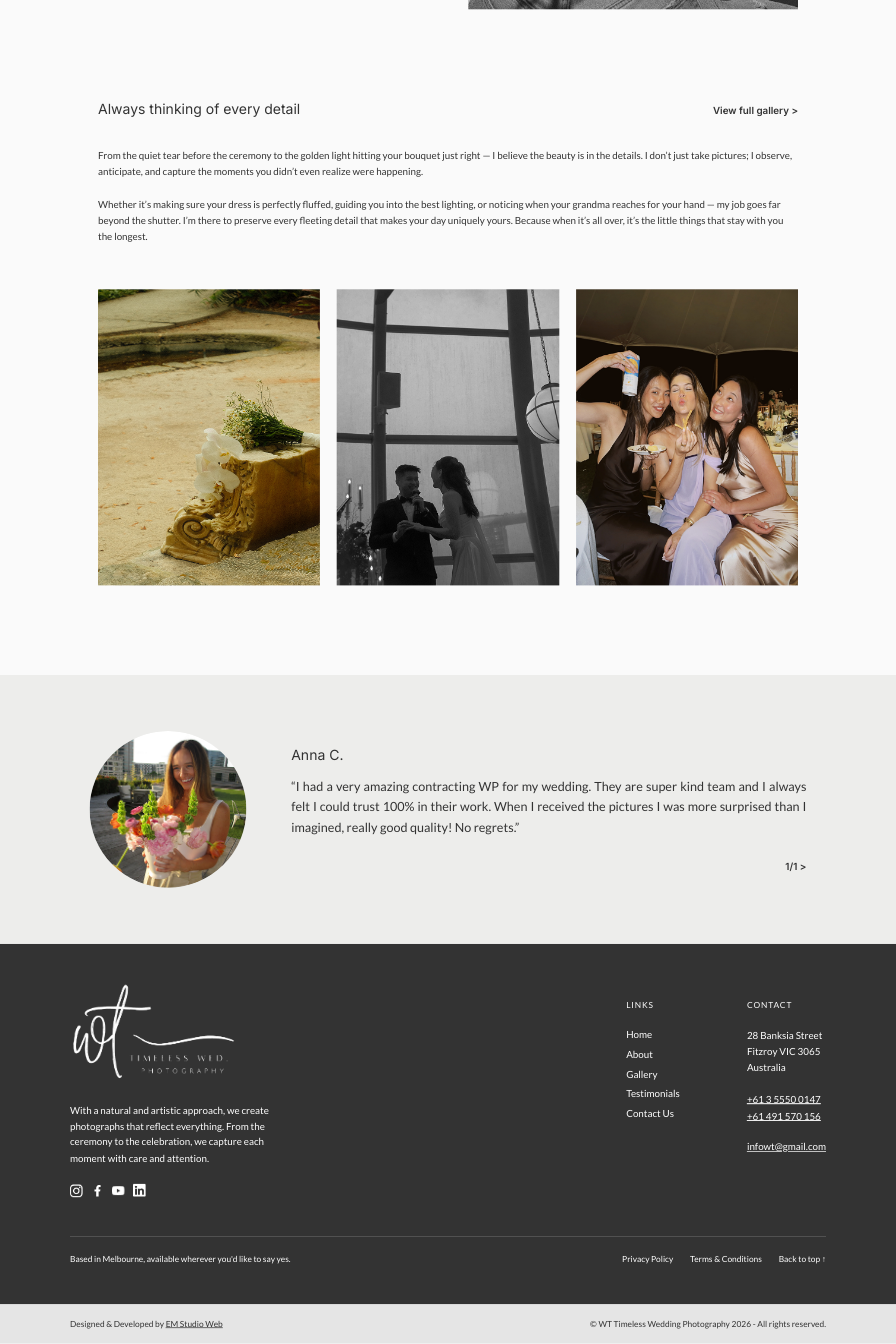
Repository: eduarda-magnago/wt-photography
Page: /
These files come from the project's save history. The page is drawn as it stood at one moment and after the next save; the edit follows.
The browser window is 1280 px wide. The pictures show the part of the page from y = 1945 to 3865 px (the page is 3865 px tall before and 3842 px after), at 70% of full size.
Some web fonts or font styles are not loaded; a fallback is used. The project was rebuilt for these pictures with package versions that can differ from the ones it lists, and the page was loaded fresh each time. The framework's server and built-in components were replaced by stand-ins that run in the browser. Also part of the build but not shown: next.config.ts.

Above is the page before, as saved 2026-10-15 13:06:32.

### app/layout.tsx
import type { Metadata } from "next";
import { Inter, Lato, Cormorant_SC } from "next/font/google";
import Header from "@/components/layout/header";
import Footer from "@/components/layout/footer";
import "./globals.css";

const inter = Inter({
  subsets: ["latin"],
  variable: "--font-inter",
});

const lato = Lato({
  subsets: ["latin"],
  weight: ["300", "400", "700"],
  variable: "--font-lato",
});

const cormorant = Cormorant_SC({
  subsets: ["latin"],
  weight: ["300", "400", "500"],
  variable: "--font-cormorant",
});

export const metadata: Metadata = {
  title: "WT Timeless Photography",
  description: "Timeless wedding photography",
};

export default function RootLayout({
  children,
}: {
  children: React.ReactNode;
}) {
  return (
    <html
      lang="en"
      className={`${inter.variable} ${lato.variable} ${cormorant.variable}`}
    >
      <body className="font-sans antialiased">
        <Header />
        <main>{children}</main>
        <Footer />
      </body>
    </html>
  );
}

### app/page.tsx
import Hero from "@/components/hero";
import Intro from "@/components/home/intro";
import About from "@/components/home/about";
import Details from "@/components/home/details";
import Testimonials from "@/components/home/testimonials";
import Reveal from "@/components/reveal";

export default function Home() {
  return (
    <>
      <Hero
        eyebrow="Timeless Wedding Photography"
        title="Capturing the essence of your treasured moments"
        image="/img/hero-bg.jpg"
      />
      <Reveal>
        <Intro />
      </Reveal>
      <Reveal>
        <About />
      </Reveal>
      <Reveal>
        <Details />
      </Reveal>
      <Reveal>
      <Testimonials />
      </Reveal>
    </>
  );
}

### components/layout/header.tsx
"use client";

import { useState } from "react";
import Image from "next/image";
import Link from "next/link";

const navLinks = [
  { label: "Home", href: "/" },
  { label: "About me", href: "/#about" },
  { label: "Gallery", href: "/#gallery" },
  { label: "Testimonials", href: "/#testimonials" },
  { label: "Contact Us", href: "/contact#contact-form" },
];

export default function Header() {
  const [open, setOpen] = useState(false);

  return (
    <header className="absolute inset-x-0 top-0 z-30">
      <div className="flex items-start justify-between px-6 py-8 md:px-14">
        <ul className="flex items-center gap-3">
          <li>
            <a
              href="#"
              aria-label="Instagram"
              className="relative block h-[19px] w-[18px] transition-opacity hover:opacity-70"
            >
              <Image
                src="/img/instagram.png"
                alt=""
                fill
                sizes="18px"
                className="object-contain"
              />
            </a>
          </li>
          <li>
            <a
              href="#"
              aria-label="Facebook"
              className="relative block h-[18px] w-[18px] transition-opacity hover:opacity-70"
            >
              <Image
                src="/img/facebook.png"
                alt=""
                fill
                sizes="18px"
                className="object-contain"
              />
            </a>
          </li>
          <li>
            <a
              href="#"
              aria-label="YouTube"
              className="relative block h-[18px] w-[18px] transition-opacity hover:opacity-70"
            >
              <Image
                src="/img/youtube.png"
                alt=""
                fill
                sizes="18px"
                className="object-contain"
              />
            </a>
          </li>
          <li>
            <a
              href="#"
              aria-label="LinkedIn"
              className="relative block h-[18px] w-[18px] transition-opacity hover:opacity-70"
            >
              <Image
                src="/img/linkedin.png"
                alt=""
                fill
                sizes="18px"
                className="object-contain"
              />
            </a>
          </li>
        </ul>

        <button
          type="button"
          onClick={() => setOpen(true)}
          aria-label="Open menu"
          className="relative block h-6 w-9 transition-opacity hover:opacity-70"
        >
          <Image
            src="/img/menu.png"
            alt=""
            fill
            sizes="36px"
            className="object-contain"
          />
        </button>
      </div>

      {open && (
        <div className="fixed inset-0 z-40 flex items-center justify-center bg-ink/95">
          <button
            type="button"
            onClick={() => setOpen(false)}
            aria-label="Close menu"
            className="absolute right-6 top-8 text-3xl text-white md:right-14"
          >
            ✕
          </button>
          <nav>
            <ul className="flex flex-col items-center gap-8">
              {navLinks.map((link) => (
                <li key={link.label}>
                  <Link
                    href={link.href}
                    onClick={() => setOpen(false)}
                    className="font-heading text-2xl text-white"
                  >
                    {link.label}
                  </Link>
                </li>
              ))}
            </ul>
          </nav>
        </div>
      )}
    </header>
  );
}

### components/layout/footer.tsx
import Image from "next/image";
import Link from "next/link";

const exploreLinks = [
  { label: "Home", href: "/" },
  { label: "About", href: "/#about" },
  { label: "Gallery", href: "/#gallery" },
  { label: "Testimonials", href: "/#testimonials" },
  { label: "Contact Us", href: "/contact#contact-form" },
];

const headingClass = "mb-6 text-xs uppercase tracking-widest";

export default function Footer() {
  return (
    <footer>
      <div className="bg-ink px-6 py-12 text-sm text-white md:px-25 md:py-14">
        <div className="mx-auto max-w-[1600px]">
          <div className="grid gap-12 md:grid-cols-[1fr_auto_auto] md:gap-24">
            <div>
              <Image
                src="/img/logo.png"
                alt="WT Timeless Photography"
                width={240}
                height={110}
              />
              <p className="mt-6 max-w-xs leading-relaxed md:mt-8">
                With a natural and artistic approach, we create photographs
                that reflect everything. From the ceremony to the celebration,
                we capture each moment with care and attention.
              </p>
              <ul className="mt-6 flex items-center gap-3">
                <li>
                  <a
                    href="#"
                    aria-label="Instagram"
                    className="transition-opacity hover:opacity-70"
                  >
                    <Image src="/img/instagram.png" alt="" width={18} height={18} />
                  </a>
                </li>
                <li>
                  <a
                    href="#"
                    aria-label="Facebook"
                    className="relative block h-[18px] w-[18px] transition-opacity hover:opacity-70"
                  >
                    <Image
                      src="/img/facebook.png"
                      alt=""
                      fill
                      sizes="18px"
                      className="object-contain"
                    />
                  </a>
                </li>
                <li>
                  <a
                    href="#"
                    aria-label="YouTube"
                    className="transition-opacity hover:opacity-70"
                  >
                    <Image src="/img/youtube.png" alt="" width={18} height={18} />
                  </a>
                </li>
                <li>
                  <a
                    href="#"
                    aria-label="LinkedIn"
                    className="transition-opacity hover:opacity-70"
                  >
                    <Image src="/img/linkedin.png" alt="" width={18} height={18} />
                  </a>
                </li>
              </ul>
            </div>

            <div className="md:pt-6">
              <h3 className={headingClass}>Links</h3>
              <ul className="space-y-2">
                {exploreLinks.map((link) => (
                  <li key={link.label}>
                    <Link href={link.href}>{link.label}</Link>
                  </li>
                ))}
              </ul>
            </div>

            <div className="md:pt-6">
              <h3 className={headingClass}>Contact</h3>
              <address className="not-italic leading-relaxed">
                28 Banksia Street
                <br />
                Fitzroy VIC 3065
                <br />
                Australia
              </address>
              <div className="mt-6 flex flex-col gap-1 underline">
                <a href="tel:+61355500147">+61 3 5550 0147</a>
                <a href="tel:+61491570156">+61 491 570 156</a>
              </div>
              <a
                href="mailto:infowt@gmail.com"
                className="mt-6 block underline"
              >
                infowt@gmail.com
              </a>
            </div>
          </div>

          <div className="mt-14 flex flex-col gap-3 border-t border-white/30 pt-6 text-xs md:flex-row md:items-center md:justify-between">
            <p>
              Based in Melbourne, available wherever you&apos;d like to say yes.
            </p>
            <div className="flex flex-wrap items-center gap-6">
              <a href="#" className="transition-opacity hover:opacity-70">
                Privacy Policy
              </a>
              <a href="#" className="transition-opacity hover:opacity-70">
                Terms &amp; Conditions
              </a>
              <a href="#" className="transition-opacity hover:opacity-70">
                Back to top &uarr;
              </a>
            </div>
          </div>
        </div>
      </div>

      <div className="bg-neutral-200 px-6 py-5 text-xs text-ink md:px-25">
        <div className="mx-auto flex max-w-[1600px] flex-col gap-2 md:flex-row md:justify-between">
          <p>
            Designed &amp; Developed by{" "}
            <a
              href="https://www.instagram.com/webstudio.em"
              target="_blank"
              rel="noopener noreferrer"
              className="underline"
            >
              EM Studio Web
            </a>
          </p>
          <p>© WT Timeless Wedding Photography 2026 - All rights reserved.</p>
        </div>
      </div>
    </footer>
  );
}

### app/globals.css
@import "tailwindcss";

@theme inline {
  --font-sans: var(--font-lato);
  --font-heading: var(--font-inter);
  --font-hero: var(--font-cormorant);

  --color-ink: #333333;
  --color-sand: #ededeb;
  --color-paper: #fafafa;
  --color-blush: #f4e6dc;
}

html {
  scroll-behavior: smooth;
}

body {
  background: var(--color-paper);
  color: var(--color-ink);
}

### components/hero.tsx
import Image from "next/image";
import Link from "next/link";

type HeroProps = {
  eyebrow: string;
  title: string;
  image: string;
  ctaLabel?: string;
  ctaHref?: string;
};

export default function Hero({
  eyebrow,
  title,
  image,
  ctaLabel = "Explore our gallery",
  ctaHref = "/#gallery",
}: HeroProps) {
  return (
    <section className="relative flex h-[70vh] min-h-[715px] items-center justify-center overflow-hidden">
      <Image
        src="/img/hero.png"
        alt=""
        fill
        priority
        sizes="100vw"
        className="object-cover"
      />
      <div className="absolute inset-0 bg-black/5" />
      <div className="relative z-10 flex max-w-3xl flex-col items-center px-6 text-center text-white">
        <p className="mb-4 text-sm">{eyebrow}</p>
        <h1 className="font-hero text-5xl capitalize leading-[0.75] md:text-7xl">
          {title}
        </h1>
        <Link
          href={ctaHref}
          className="mt-8 border-b border-white pb-1 text-xs uppercase tracking-wider"
        >
          {ctaLabel}
        </Link>
      </div>
    </section>
  );
}

### components/home/intro.tsx
export default function Intro() {
  return (
    <section className="bg-sand px-6 py-22 md:py-25">
      <p className="mx-auto max-w-3xl text-justify text-xl leading-relaxed md:text-2xl">
        Your love story is one of a kind, filled with genuine emotions,
        meaningful details, and unforgettable moments. Our passion is to
        preserve those fleeting seconds and transform them into timeless images
        that you will cherish for a lifetime.
      </p>
    </section>
  );
}

### components/home/about.tsx
import Image from "next/image";

export default function About() {
  return (
    <section id="about" className="bg-paper px-6 py-24 md:px-14 md:py-32">
      <div className="mx-auto grid max-w-[1000px] items-center gap-12 md:grid-cols-[435fr_500fr] md:gap-x-12 xl:gap-x-[120px]">
        <div>
          <h2 className="font-heading text-[20px]">Meet the photographer</h2>

          <div className="mt-6 space-y-7 text-justify text-base leading-6">
            <p>
              Hi, I’m Emily Rose. I’m a wedding photographer based in
              California, passionate about telling love stories through my
              lens. What began as a love for capturing small, quiet moments has
              grown into a career built on trust, emotion, and the art of
              honest storytelling.
            </p>
            <p>
              With over 6 years of experience, I specialize in natural,
              documentary-style photography that focuses on genuine connection
              — not stiff poses. I believe the best photos are the ones where
              you forget the camera is even there.
            </p>
            <p>
              Beyond photography, I’m a calm presence on a whirlwind day. From
              fixing veils to finding the best light, I’m there to make your
              experience effortless and enjoyable. My clients often say I felt
              like a friend with a camera — and that’s the greatest compliment
              I could ask for.
            </p>
            <p>
              Let’s create something timeless together — photos you’ll look at
              30 years from now and still feel everything.
            </p>
          </div>
        </div>

        <div className="relative aspect-[619/855] w-full md:aspect-[619/1000]">
          <Image
            src="/img/about.png"
            alt="Wedding photographer picture"
            fill
            sizes="(min-width: 1280px) 500px, (min-width: 768px) 50vw, 100vw"
            className="object-cover"
          />
        </div>
      </div>
    </section>
  );
}

### components/home/details.tsx
import Image from "next/image";
import Link from "next/link";

const photos = [
  { src: "/img/detail1.png", alt: "Bouquet resting on a golden ornament" },
  { src: "/img/detail2.png", alt: "Couple dancing by a large window" },
  { src: "/img/detail3.png", alt: "Bridesmaids laughing together" },
];

export default function Details() {
  return (
    <section id="gallery" className="bg-paper px-6 pb-24 md:px-14 md:pb-32">
      <div className="mx-auto max-w-[1000px]">
        <div className="flex items-baseline justify-between">
          <h2 className="font-heading text-[20px]">
            Always thinking of every detail
          </h2>
          <Link href="/#gallery" className="font-heading text-sm font-semibold">
            View full gallery &gt;
          </Link>
        </div>

        <div className="mt-10 space-y-6 text-sm leading-relaxed">
          <p>
            From the quiet tear before the ceremony to the golden light hitting
            your bouquet just right — I believe the beauty is in the details. I
            don’t just take pictures; I observe, anticipate, and capture the
            moments you didn’t even realize were happening.
          </p>
          <p>
            Whether it’s making sure your dress is perfectly fluffed, guiding
            you into the best lighting, or noticing when your grandma reaches
            for your hand — my job goes far beyond the shutter. I’m there to
            preserve every fleeting detail that makes your day uniquely yours.
            Because when it’s all over, it’s the little things that stay with
            you the longest.
          </p>
        </div>

        <div className="mt-16 grid gap-6 md:grid-cols-3">
          {photos.map((photo) => (
            <div key={photo.src} className="relative aspect-[3/4]">
              <Image
                src={photo.src}
                alt={photo.alt}
                fill
                sizes="(min-width: 768px) 33vw, 100vw"
                className="object-cover"
              />
            </div>
          ))}
        </div>
      </div>
    </section>
  );
}

### components/home/testimonials.tsx
"use client";

import { useState } from "react";
import Image from "next/image";

const testimonials = [
  {
    name: "Anna C.",
    image: "/img/testimonial.png",
    quote:
      "I had a very amazing contracting WP for my wedding. They are super kind team and I always felt I could trust 100% in their work. When I received the pictures I was more surprised than I imagined, really good quality! No regrets.",
  },
];

export default function Testimonials() {
  const [index, setIndex] = useState(0);
  const current = testimonials[index];

  function next() {
    setIndex((prev) => (prev + 1) % testimonials.length);
  }

  return (
    <section id="testimonials" className="bg-sand px-6 py-20 md:px-14">
      <div className="mx-auto grid max-w-5xl items-center gap-10 md:grid-cols-[auto_1fr] md:gap-16">
        <div className="relative h-48 w-48 overflow-hidden rounded-full md:h-56 md:w-56">
          <Image
            src={current.image}
            alt={current.name}
            fill
            sizes="224px"
            className="object-cover"
          />
        </div>

        <div>
          <h3 className="font-heading text-xl">{current.name}</h3>
          <blockquote className="mt-4 text-justify text-lg leading-relaxed">
            “{current.quote}”
          </blockquote>
          <button
            type="button"
            onClick={next}
            className="font-heading mt-8 ml-auto block text-sm font-semibold"
          >
            {index + 1}/{testimonials.length} &gt;
          </button>
        </div>
      </div>
    </section>
  );
}

### components/reveal.tsx
"use client";

import { useEffect, useRef, useState, type ReactNode } from "react";

type RevealProps = {
  children: ReactNode;
  className?: string;
  delay?: number;
};

export default function Reveal({
  children,
  className = "",
  delay = 0,
}: RevealProps) {
  const ref = useRef<HTMLDivElement>(null);
  const [visible, setVisible] = useState(false);

  useEffect(() => {
    const el = ref.current;
    if (!el) return;

    const observer = new IntersectionObserver(
      ([entry]) => {
        setVisible(entry.isIntersecting);
      },
      { threshold: 0.15, rootMargin: "0px 0px -5% 0px" }
    );

    observer.observe(el);
    return () => observer.disconnect();
  }, []);

  return (
    <div
      ref={ref}
      style={{ transitionDelay: `${delay}ms` }}
      className={`transition-all duration-700 ease-out motion-reduce:transition-none ${
        visible ? "translate-y-0 opacity-100" : "translate-y-8 opacity-0"
      } ${className}`}
    >
      {children}
    </div>
  );
}

After the next save:
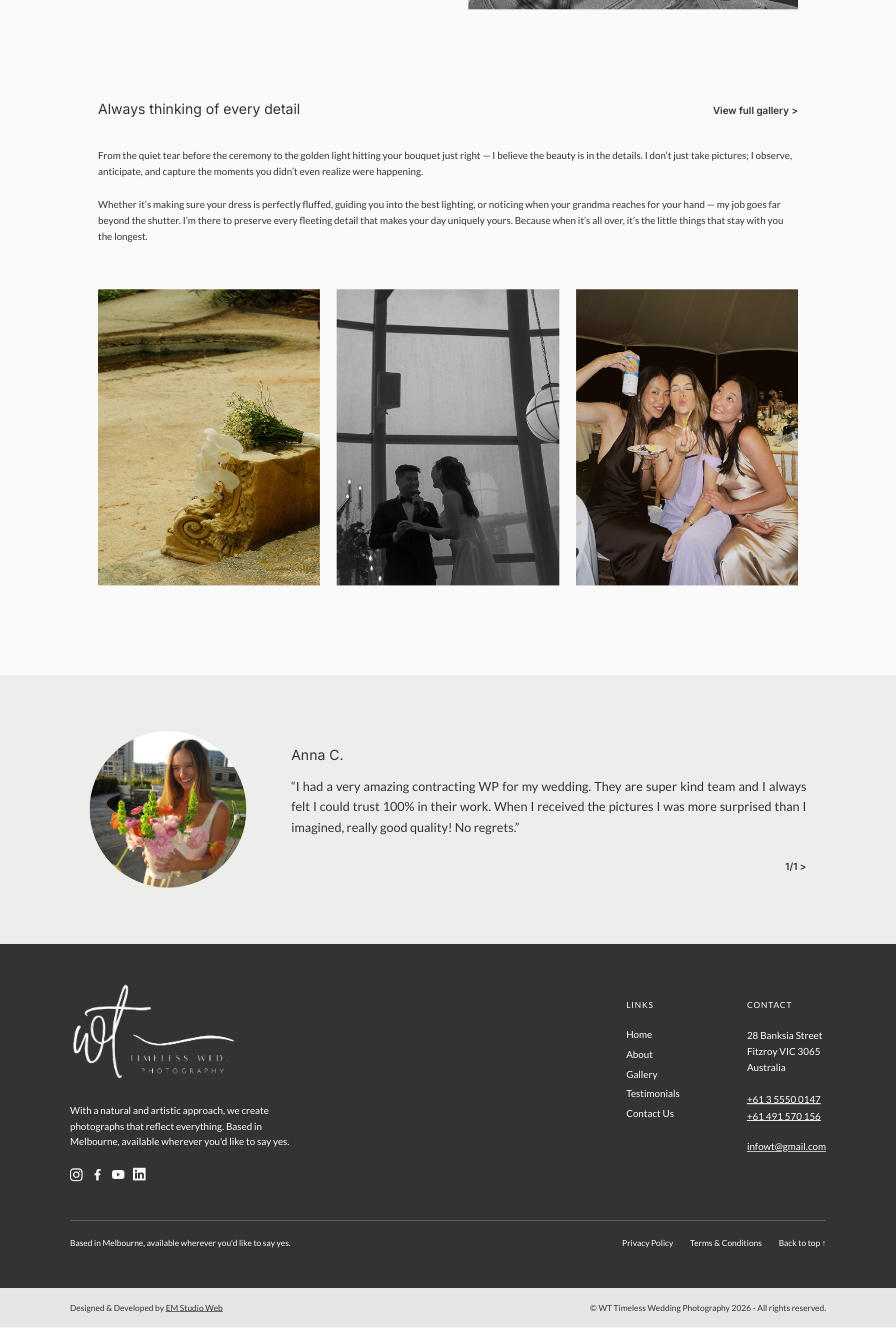
Saved 81 s later.
--- a/components/layout/footer.tsx
+++ b/components/layout/footer.tsx
@@ -26,8 +26,7 @@ export default function Footer() {
               />
               <p className="mt-6 max-w-xs leading-relaxed md:mt-8">
                 With a natural and artistic approach, we create photographs
-                that reflect everything. From the ceremony to the celebration,
-                we capture each moment with care and attention.
+                that reflect everything. Based in Melbourne, available wherever you'd like to say yes.
               </p>
               <ul className="mt-6 flex items-center gap-3">
                 <li>
